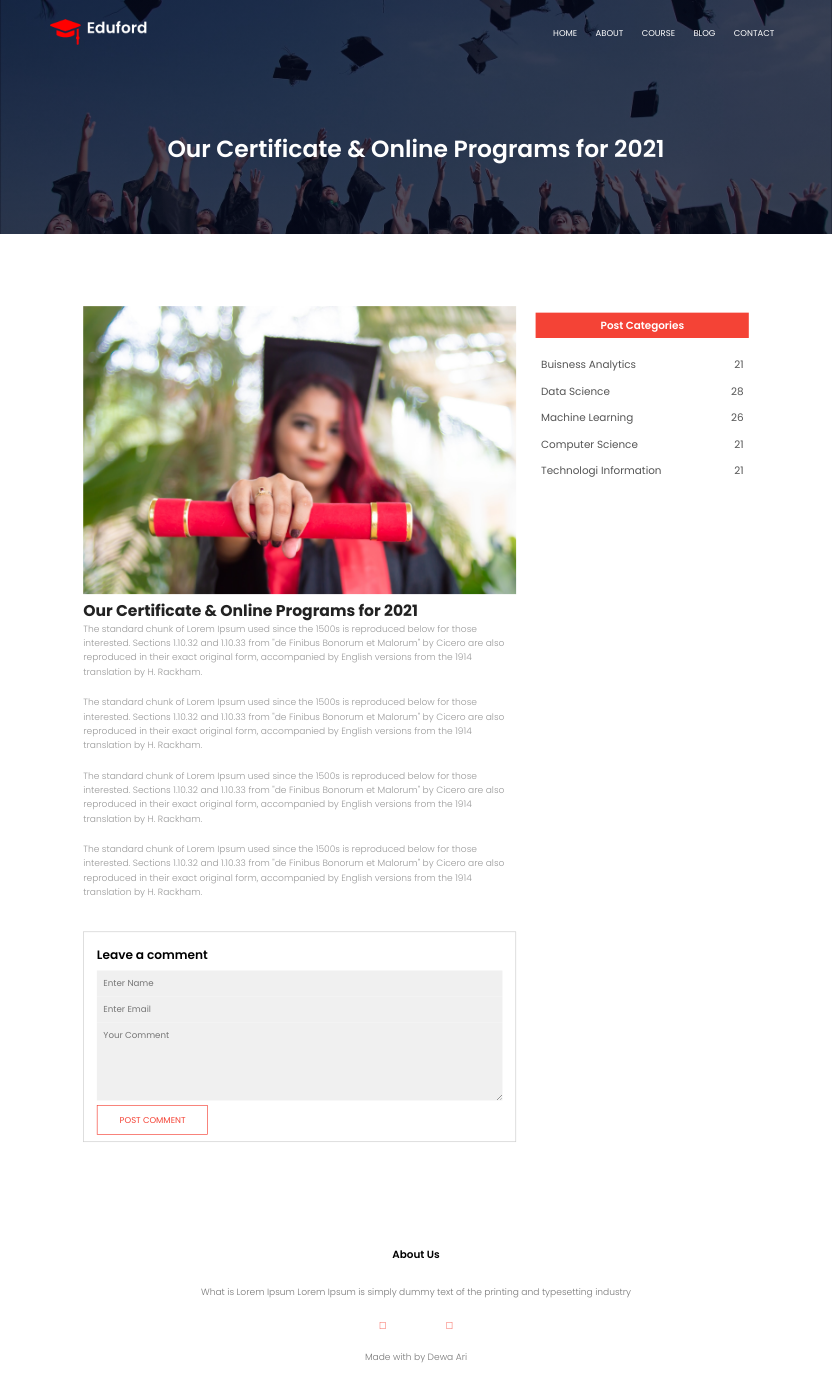
Repository: dewaary/company-profile
Page: blog.html
An editor plug-in stored every save of this project. The page is shown before and after the next save, followed by the edit.
The browser window is 1280 px wide. The pictures show the whole page, at 65% of full size.

Above is the page before, as saved 2021-05-08 00:10:43.

### blog.html
<!DOCTYPE html>
<html lang="en">

<head>
    <meta charset="UTF-8" />
    <meta http-equiv="X-UA-Compatible" content="IE=edge" />
    <meta name="viewport" content="width=device-width, initial-scale=1.0" />
    <title>University Website Design</title>
    <link rel="stylesheet" href="style.css" />
    <link rel="preconnect" href="https://fonts.gstatic.com" />
    <link href="https://fonts.googleapis.com/css2?family=Poppins:wght@200;300;400;600;700&display=swap"
        rel="stylesheet" />
    <link rel="stylesheet"
        href="https://cdn.jsdelivr.net/npm/@fortawesome/fontawesome-free@5.15.3/css/fontawesome.min.css" />
</head>

<body>
    <section class="sub-header">
        <nav>
            <a href="index.html"><img src="images/logo.png" /></a>
            <div class="nav-links" id="navLinks">
                <i class="fa fa-times" onclick="hideMenu()"></i>
                <ul>
                    <li><a href="">HOME</a></li>
                    <li><a href="">ABOUT</a></li>
                    <li><a href="">COURSE</a></li>
                    <li><a href="">BLOG</a></li>
                    <li><a href="">CONTACT</a></li>
                </ul>
            </div>
            <i class="fa fa-bars" onclick="showMenu()"></i>
        </nav>
        <h1>Our Certificate & Online Programs for 2021</h1>
    </section>

    <section class="blog-content">
        <div class="row">
            <div class="blog-left">
                <img src="images/certificate.jpg" />
                <h2>Our Certificate & Online Programs for 2021</h2>
                <p>
                    The standard chunk of Lorem Ipsum used since the 1500s is reproduced
                    below for those interested. Sections 1.10.32 and 1.10.33 from "de
                    Finibus Bonorum et Malorum" by Cicero are also reproduced in their
                    exact original form, accompanied by English versions from the 1914
                    translation by H. Rackham.
                </p>
                <br />
                <p>
                    The standard chunk of Lorem Ipsum used since the 1500s is reproduced
                    below for those interested. Sections 1.10.32 and 1.10.33 from "de
                    Finibus Bonorum et Malorum" by Cicero are also reproduced in their
                    exact original form, accompanied by English versions from the 1914
                    translation by H. Rackham.
                </p>
                <br />
                <p>
                    The standard chunk of Lorem Ipsum used since the 1500s is reproduced
                    below for those interested. Sections 1.10.32 and 1.10.33 from "de
                    Finibus Bonorum et Malorum" by Cicero are also reproduced in their
                    exact original form, accompanied by English versions from the 1914
                    translation by H. Rackham.
                </p>
                <br />
                <p>
                    The standard chunk of Lorem Ipsum used since the 1500s is reproduced
                    below for those interested. Sections 1.10.32 and 1.10.33 from "de
                    Finibus Bonorum et Malorum" by Cicero are also reproduced in their
                    exact original form, accompanied by English versions from the 1914
                    translation by H. Rackham.
                </p>

                <div class="comment-box">
                    <h3>Leave a comment</h3>

                    <form class="comment-form">
                        <input type="text" placeholder="Enter Name">
                        <input type="email" placeholder="Enter Email">
                        <textarea rows="5" placeholder="Your Comment"></textarea>
                        <button type="submit" class="hero-btn red-btn">POST COMMENT</button>
                    </form>
                </div>
            </div>
            <div class="blog-right">
                <h3>Post Categories</h3>
                <div>
                    <span>Buisness Analytics</span>
                    <span>21</span>
                </div>
                <div>
                    <span>Data Science</span>
                    <span>28</span>
                </div>
                <div>
                    <span>Machine Learning</span>
                    <span>26</span>
                </div>
                <div>
                    <span>Computer Science</span>
                    <span>21</span>
                </div>
                <div>
                    <span>Technologi Information</span>
                    <span>21</span>
                </div>
            </div>
        </div>
    </section>

    <section class="footer">
        <h4>About Us</h4>
        <p>
            What is Lorem Ipsum Lorem Ipsum is simply dummy text of the printing and
            typesetting industry
        </p>
        <div class="icons">
            <i class="fa fa-facebook"></i>
            <i class="fa fa-Twitter"></i>
            <i class="fa fa-Instagram"></i>
            <i class="fa fa-linkedin"></i>
        </div>
        <p>Made with <i class="fa fa-heart-0"></i>by Dewa Ari</p>
    </section>

    <!---- Javascript for Toggle Menu ---->
    <script>
        var navLinks = document.getElementById("navLinks");

        function showMenu() {
            navLinks.style.right = "0";
        }
        function hideMenu() {
            navLinks.style.right = "-200px";
        }
    </script>
</body>

</html>

### style.css
* {
  margin: 0;
  padding: 0;
  font-family: "Poppins", sans-serif;
}

.header {
  min-height: 100vh;
  width: 100%;
  background-image: linear-gradient(rgba(4, 9, 30, 0.7), rgba(4, 9, 30, 0.7)),
    url(images/banner.png);
  background-position: center;
  background-size: cover;
  position: relative;
}

nav {
  display: flex;
  padding: 2% 6%;
  justify-content: space-between;
  align-items: center;
}

nav img {
  width: 150px;
}

.nav-links {
  flex: 1;
  text-align: right;
}

.nav-links ul li {
  list-style: none;
  display: inline-block;
  padding: 8px 12px;
  position: relative;
}

.nav-links ul li a {
  color: #fff;
  text-decoration: none;
  font-size: 13px;
}

.nav-links ul li::after {
  content: "";
  width: 0%;
  height: 2px;
  background: #f44336;
  display: block;
  margin: auto;
  transition: 0.5s;
}

.nav-links ul li:hover::after {
  width: 100%;
}

.text-box {
  width: 90%;
  color: #fff;
  position: absolute;
  top: 50%;
  left: 50%;
  transform: translate(-50%, -50%);
  text-align: center;
}

.text-box h1 {
  font-size: 62px;
}

.text-box p {
  margin: 10px 0 40px;
  font-size: 14px;
  color: #fff;
}

.hero-btn {
  display: inline-block;
  text-decoration: none;
  color: #fff;
  border: 1px solid #fff;
  padding: 12px 34px;
  font-size: 13px;
  background: transparent;
  position: relative;
  cursor: pointer;
}

.hero-btn:hover {
  border: 1px solid #f44336;
  background: #f44336;
  transition: 1s;
}

nav .fa {
  display: none;
}

@media (max-width: 700px) {
  .text-box h1 {
    font-size: 20px;
  }

  .nav-links ul li {
    display: block;
  }
  .nav-links {
    position: absolute;
    background: #f44336;
    height: 100vh;
    width: 200px;
    top: 0;
    right: -200px;
    text-align: left;
    z-index: 2;
    transition: 1s;
  }

  nav .fa {
    display: block;
    color: #fff;
    margin: 10px;
    font-size: 22px;
    cursor: pointer;
  }

  .nav-links ul {
    padding: 30px;
  }
}

/*---- Course ------ */

.course {
  width: 80%;
  margin: auto;
  text-align: center;
  padding-top: 100px;
}

h1 {
  font-size: 36px;
  font-weight: 600;
}

p {
  color: #777;
  font-size: 14px;
  font-weight: 300;
  line-height: 22px;
  padding: 10px;
}

.row {
  margin-top: 5%;
  display: flex;
  justify-content: space-between;
}

.course-col {
  flex-basis: 31%;
  background: #fff3f3;
  border-radius: 10px;
  margin-bottom: 5%;
  padding: 20px 12px;
  box-sizing: border-box;
  transition: 0.5s;
}

h3 {
  text-align: center;
  font-weight: 600;
  margin: 10px 0;
}

.course-col:hover {
  box-shadow: 0 0 20px 0px rgba(0, 0, 0, 0.2);
}

@media (max-width: 700px) {
  .row {
    flex-direction: column;
  }
}

.campus {
  width: 80%;
  margin: auto;
  text-align: center;
  padding-top: 50px;
}

.campus-col {
  flex-basis: 32%;
  border-radius: 10px;
  margin-bottom: 30px;
  position: relative;
  overflow: hidden;
}
.campus-col img {
  width: 100%;
  display: block;
}

.layer {
  background: transparent;
  height: 100%;
  width: 100%;
  position: absolute;
  top: 0;
  left: 0;
  transition: 0.5s;
}

.layer:hover {
  background: rgba(226, 0, 0, 0.7);
}

.layer h3 {
  width: 100%;
  font-weight: 500;
  color: #fff;
  font-size: 26px;
  bottom: 0;
  left: 50%;
  transform: translateX(-50%);
  position: absolute;
  transition: 0.5s;
}

.layer:hover h3 {
  bottom: 49%;
  opacity: 1;
}

.facilities {
  width: 80%;
  margin: auto;
  text-align: center;
  padding-top: 100px;
}

.facilities-col {
  flex-basis: 31%;
  border-radius: 10px;
  margin-bottom: 5%;
  text-align: left;
}

.facilities-col img {
  width: 100%;
  border-radius: 10px;
}

.facilities-col p {
  padding: 0%;
}

.facilities-col h3 {
  margin-top: 16px;
  margin-bottom: 15px;
  text-align: left;
}

.testimonials {
  width: 80%;
  margin: auto;
  padding-top: 100px;
  text-align: center;
}

.testimonials-col {
  flex-basis: 44%;
  border-radius: 10px;
  margin-bottom: 5%;
  text-align: left;
  background: #fff3f3;
  padding: 25px;
  cursor: pointer;
  display: flex;
}

.testimonials-col img {
  height: 40px;
  margin-left: 5px;
  margin-right: 30px;
  border-radius: 50%;
}

.testimonials-col p {
  padding: 0;
}

.testimonials-col h3 {
  margin-top: 15px;
  text-align: left;
}

.testimonials-col .fa {
  color: #f44336;
}

@media (max-width: 700px) {
  .testimonials-col img {
    margin-left: 0px;
    margin-right: 15px;
  }
}

.cta {
  margin: 100px auto;
  width: 80%;
  background-image: linear-gradient(rgba(0, 0, 0, 0.7), rgba(0, 0, 0, 0.7)),
    url(images/banner2.jpg);
  background-position: center;
  background-size: cover;
  border-radius: 10px;
  text-align: center;
  padding: 100px 0;
}

.cta h1 {
  color: #fff;
  margin-bottom: 40px;
  padding: 0;
}

@media (max-width: 700px) {
  .cta h1 {
    font-size: 20px;
  }
}

.footer {
  width: 100%;
  text-align: center;
  padding: 30px 0;
}

.footer h4 {
  margin-bottom: 25px;
  margin-top: 20px;
  font-weight: 600;
}

.icons .fa {
  color: #f44336;
  margin: 0 13px;
  cursor: pointer;
  padding: 18px 0;
}

.fa-heart-0 {
  color: #f44336;
}

/*--------- About Us Page --------- */

.sub-header {
  height: 50vh;
  width: 100%;
  background-image: linear-gradient(rgba(4, 9, 30, 0.7), rgba(4, 9, 30, 0.7)),
    url(images/background.jpg);
  background-position: center;
  background-size: cover;
  text-align: center;
  color: #fff;
}

.sub-header h1{
  margin-top: 100px;
}

.about-us {
  width: 80%;
  margin: auto;
  padding-top: 80px;
  padding-bottom: 50px;
}

.about-col {
  flex-basis: 48%;
  padding: 30px 2px;
}

.about-col img{
  width: 100%;
}

.about-col h1{
  padding-top: 0;
}

.about-col p{
  padding: 15px 0 25px;
}

.red-btn {
  border: 1px solid #f44336;
  background: transparent;
  color: #f44336;
}

.red-btn:hover{
  color: #fff;
}

.blog-content {
  width: 80%;
  margin: auto;
  padding: 60px 0;
}

.blog-left{
  flex-basis: 65%;
}

.blog-left img{
  width: 100%;
}

.blog-left h2{
  color: #222;
  font-weight: 30px 0;
}

.blog-left p{
  color: #999;
  padding: 0;
}

.blog-right {
  flex-basis: 32%;
}

.blog-right h3{
  background: #f44336;
  color: #fff;
  padding: 7px 0;
  font-size: 16px;
  margin-bottom: 20px;
}

.blog-right div{
  display: flex;
  align-items: center;
  justify-content: space-between;
  color: #555;
  padding: 8px;
  box-sizing: border-box;
}

.comment-box{
  border: 1px solid #ccc;
  margin: 50px 0;
  padding: 10px 20px;
}

.comment-box h3{
  text-align: left;
}

.comment-form input, .comment-form textarea{
  width: 100%;
  padding: 10px;
  margin 15px 0;
  box-sizing: border-box;
  border: none;
  outline: none;
  background: #f0f0f0;
}

After the next save:
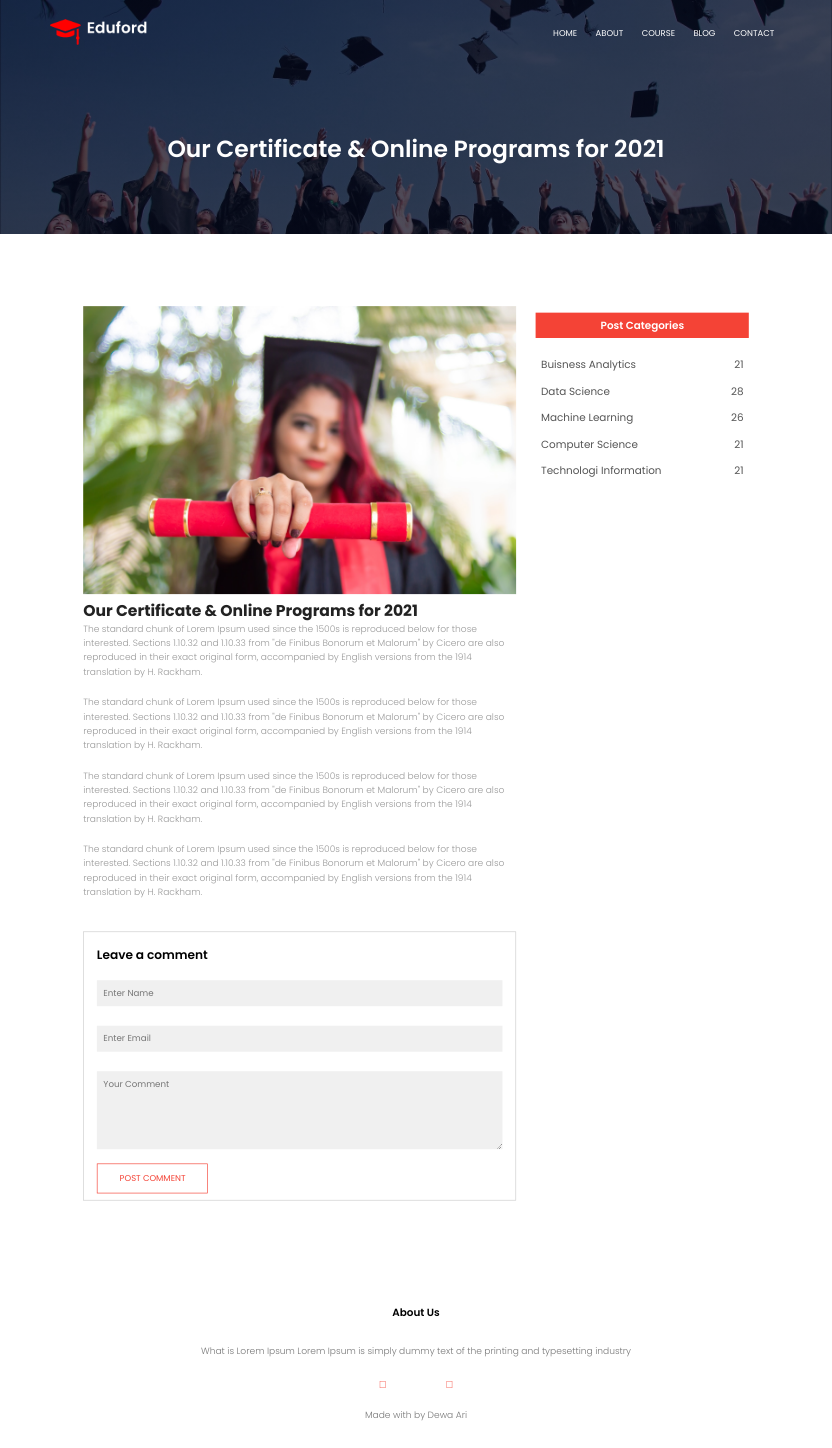
Saved 18 s later.
--- a/style.css
+++ b/style.css
@@ -466,7 +466,7 @@ h3 {
 .comment-form input, .comment-form textarea{
   width: 100%;
   padding: 10px;
-  margin 15px 0;
+  margin: 15px 0;
   box-sizing: border-box;
   border: none;
   outline: none;
